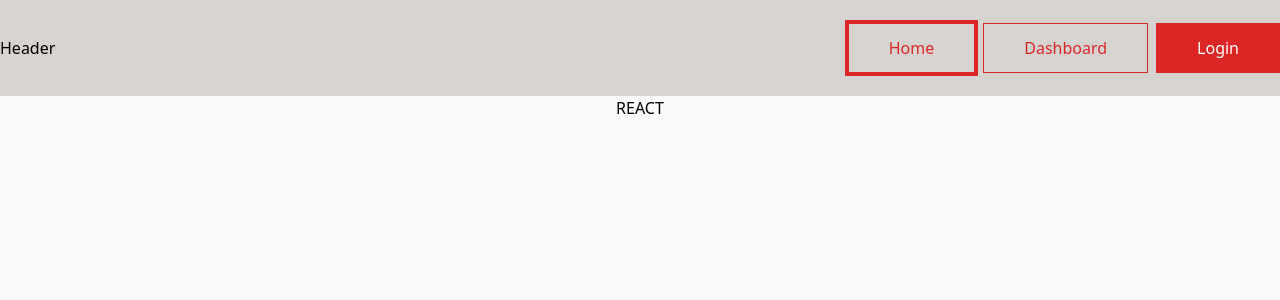
Repository: XavierOtavio/Cuzinhas
Page: /
An editor plug-in stored every save of this project. The page is shown before and after the next save, followed by the edit.
The browser window is 1280 px wide. The pictures show the whole page.
The project was rebuilt for these pictures with package versions that can differ from the ones it lists, and the page was loaded fresh each time. A package was used in the major version that the imports need, not the one package.json lists. Also part of the build but not shown: src/components/Dashboard.js.

Above is the page before, as saved 2023-03-08 12:26:49.

### src/App.js
import { BrowserRouter, Route, Routes } from "react-router-dom";
import logo from "./logo.svg";
import "./App.css";
import Header from "./components/Header";
import Dashboard from "./components/Dashboard";

function App() {
  return (
    <div className="App">
      <Routes>
        <Route
          path="/"
          element={
            <div className="bg-stone-50 h-screen">
              <Header />
              REACT
            </div>
          }
        />
        <Route path="/dashboard" element={<Dashboard />} />
      </Routes>
    </div>
  );
}

export default App;

### src/components/Header.js
import React from "react";
import { Link } from "react-router-dom";

function Header() {
  return (
    <div className="bg-stone-300 h-24 justify-center items-center flex">
      <h1>Header</h1>
      <div className="w-full flex align-baseline justify-end">
        <Link to="/">
          <button class="block border border-red-600 bg-stone-300 px-10 py-3 text-red-600 ml-2 font-medium outline ">
            Home
          </button>
        </Link>
        <Link to="/dashboard">
          <button class="block border border-red-600 bg-stone-300 px-10 py-3 text-red-600 ml-2 font-medium">
            Dashboard
          </button>
        </Link>
        <Link to="/login">
          <button class="block border border-red-600 bg-red-600 px-10 py-3 text-white ml-2 font-medium">
            Login
          </button>
        </Link>
      </div>
    </div>
  );
}

export default Header;

Loaded but not shown: public/index.html (common file); src/index.js (common file); src/index.css (common file); src/reportWebVitals.js (common file); src/App.css (common file); tailwind.config.js (common file)

After the next save:
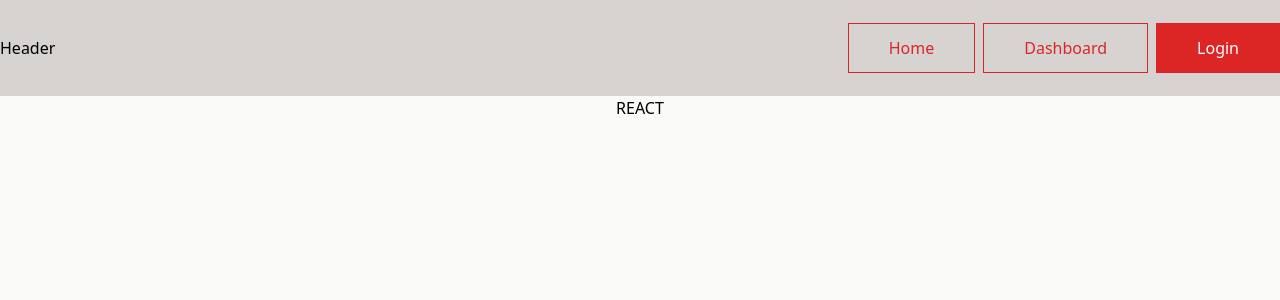
Saved 6 s later.
--- a/src/components/Header.js
+++ b/src/components/Header.js
@@ -7,7 +7,7 @@ function Header() {
       <h1>Header</h1>
       <div className="w-full flex align-baseline justify-end">
         <Link to="/">
-          <button class="block border border-red-600 bg-stone-300 px-10 py-3 text-red-600 ml-2 font-medium outline ">
+          <button class="block border border-red-600 bg-stone-300 px-10 py-3 text-red-600 ml-2 font-medium border-">
             Home
           </button>
         </Link>
